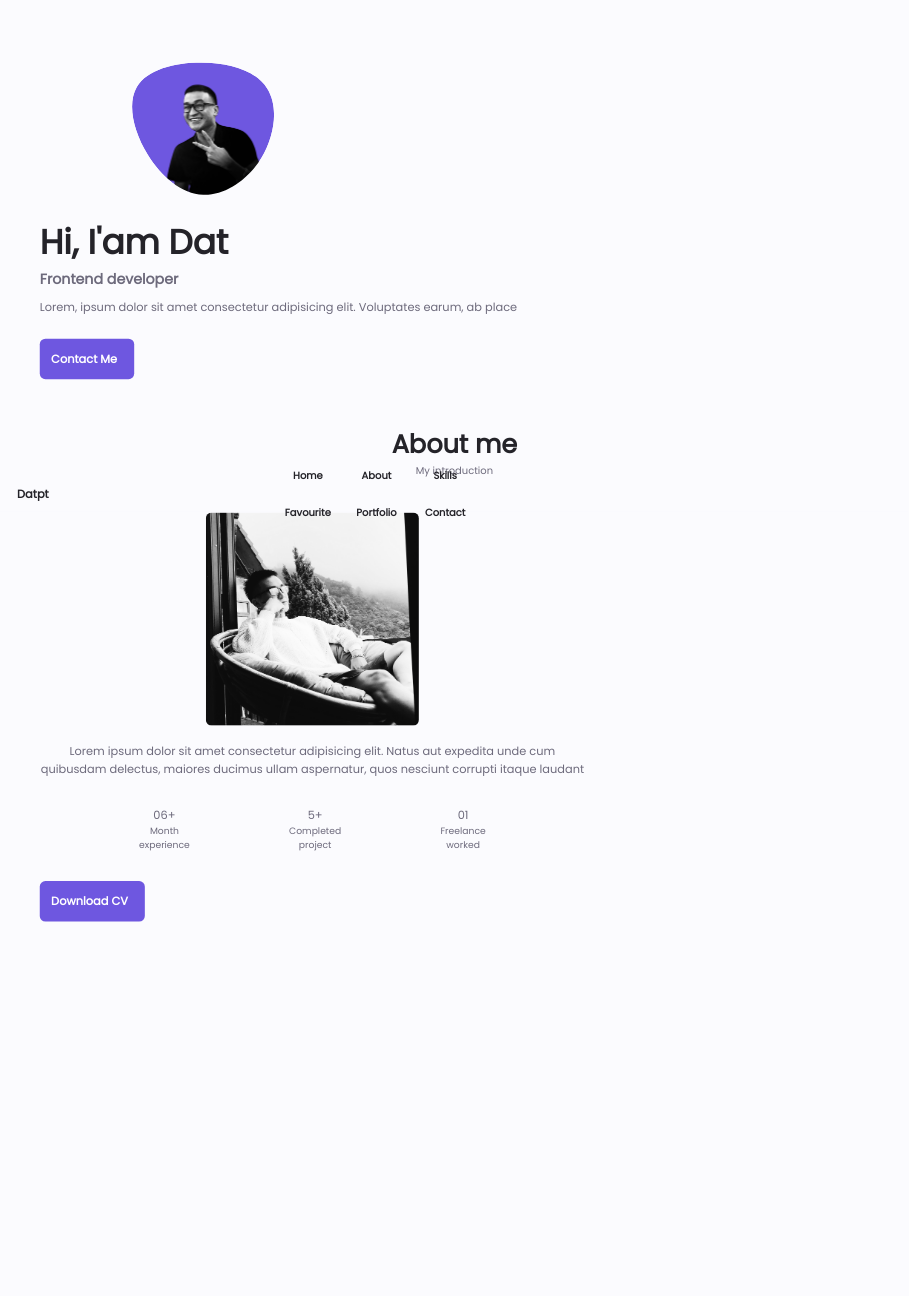
Repository: Datt21/portfolio
Page: index.html
An editor plug-in stored every save of this project. The page is shown before and after the next save, followed by the edit.
The browser window is 1280 px wide. The pictures show the whole page, at 71% of full size.
Some icons come from a web library that is not loaded, so they are not drawn.

Above is the page before, as saved 2021-07-10 16:42:27.

### index.html
<!DOCTYPE html>
<html lang="en">
<head>
    <meta charset="UTF-8">
    <meta http-equiv="X-UA-Compatible" content="IE=edge">
    <meta name="viewport" content="width=device-width, initial-scale=1.0">
    <!--============= ICONS ================  -->
    <link rel="stylesheet" href="https://unicons.iconscout.com/release/v4.0.0/css/line.css">

    <!-- ============= SWIPER CSS =============== -->
    <link rel="stylesheet" href="">

    <!-- =============== CSS ========================= -->
    <link rel="stylesheet" href="./Css/style.css">

    <title>Portfolio</title>
</head>
<body>
    <!--============================ HEADER ============================ -->
    <header class="header" id="header">
        <nav class="nav container">
            <a href="#" class="nav__logo">Datpt</a>

            <div class="nav__menu" id="nav-menu">
                <ul class="nav__list grid">
                    <li class="nav__item">
                        <a href="#home" class="nav__link">
                            <i class="uil uil-estate nav__icon"></i>Home
                        </a>
                    </li>
                    <li class="nav__item">
                        <a href="#about" class="nav__link">
                            <i class="uil uil-user nav__icon"></i>About
                        </a>
                    </li>
                    <li class="nav__item">
                        <a href="#skill" class="nav__link">
                            <i class="uil uil-file-alt nav__icon"></i>Skills
                        </a>
                    </li>
                    <li class="nav__item">
                        <a href="#fovourite" class="nav__link">
                            <i class="uil uil-books nav__icon"></i>Favourite
                        </a>
                    </li>
                    <li class="nav__item">
                        <a href="#portfolio" class="nav__link">
                            <i class="uil uil-scenery nav__icon"></i>Portfolio
                        </a>
                    </li>
                    <li class="nav__item">
                        <a href="#contact" class="nav__link">
                            <i class="uil uil-message nav__icon"></i>Contact
                        </a>
                    </li>
                </ul>
                <i class="uil uil-times nav__close" id="nav-close"></i>
            </div>

            <div class="nav__btns">
                <div class="nav__toggle" id="nav-toggle">
                    <i class="uil uil-apps"></i>
                </div>
            </div>
        </nav>
    </header>

     <!--==================== MAIN ====================-->
     <main class="main">
        <!--==================== HOME ====================-->
        <section class="home section" id="home">
            <div class="home__container container grid">
                <div class="home__content grid">
                    <div class="home__social">
                        <a href="https://www.facebook.com/profile.php?id=100043830603950" target="_blank" class="home__social-icon">
                            <i class="uil uil-facebook"></i>
                        </a>
                        <a href="https://t.me/datpt21" target="_blank" class="home__social-icon">
                            <i class="uil uil-telegram-alt"></i>
                        </a>
                        <a href="https://github.com/Datt21" target="_blank" class="home__social-icon">
                            <i class="uil uil-github-alt"></i>
                        </a>
                    </div>

                    <div class="home__img">
                        <svg class="home__blob" viewBox="0 0 200 187" xmlns="http://www.w3.org/2000/svg" xmlns:xlink="http://www.w3.org/1999/xlink">
                            <mask id="mask0" mask-type="alpha">
                                <path d="M190.312 36.4879C206.582 62.1187 201.309 102.826 182.328 134.186C163.346 165.547
                                130.807 187.559 100.226 186.353C69.6454 185.297 41.0228 161.023 21.7403 129.362C2.45775
                                97.8511 -7.48481 59.1033 6.67581 34.5279C20.9871 10.1032 59.7028 -0.149132 97.9666
                                0.00163737C136.23 0.303176 174.193 10.857 190.312 36.4879Z"/>
                            </mask>
                            <g mask="url(#mask0)">
                                <path d="M190.312 36.4879C206.582 62.1187 201.309 102.826 182.328 134.186C163.346
                                165.547 130.807 187.559 100.226 186.353C69.6454 185.297 41.0228 161.023 21.7403
                                129.362C2.45775 97.8511 -7.48481 59.1033 6.67581 34.5279C20.9871 10.1032 59.7028
                                -0.149132 97.9666 0.00163737C136.23 0.303176 174.193 10.857 190.312 36.4879Z"/>

                                <image class="home_blob-img" x='12' y='18 'xlink:href="./images/me.png"/>
                            </g>
                        </svg>

                    </div>

                    <div class="home__data">
                        <h1 class="home__title">Hi, I'am Dat</h1>
                        <h3 class="home_subtitle">Frontend developer</h3>
                        <p class="home_description">Lorem, ipsum dolor sit amet consectetur adipisicing elit.
                            Voluptates earum, ab place</p>
                        <a href="#contact" class="button button--flex">
                            Contact Me<i class="uil uil-message button__icon"></i>
                        </a>
                    </div>
                </div>

                <div class="home_scroll">
                    <a href="#about" class="home__scroll-button button--flex">
                        <i class="uil uil-mouse-alt-2 home__scroll-mouse"></i>
                        <span class="home__scroll-name">Scroll down</span>
                        <i class="uil uil-arrow-down home__scroll-arrow"></i>
                    </a>
                </div>
            </div>
        </section>

        <!--==================== ABOUT ====================-->
        <section class="about section" id="about">
            <h2 class="section__title">About me</h2>
            <span class="section__subtitle">My introduction</span>

            <div class="about__container container grid">
                <img src="./images/me2.jpg" alt="" class="about__img">

                <div class="about-data">
                    <p class="about-decription">Lorem ipsum dolor sit amet consectetur adipisicing elit.
                        Natus aut expedita unde cum quibusdam delectus, maiores ducimus ullam aspernatur, quos nesciunt corrupti itaque laudant</p>

                    <div class="about__info">
                        <div>
                            <span class="about__info-title">06+</span>
                            <span class="about__info-name">Month <br> experience</span>
                        </div>
                        <div>
                            <span class="about__info-title">5+</span>
                            <span class="about__info-name">Completed <br> project</span>
                        </div>
                        <div>
                            <span class="about__info-title">01</span>
                            <span class="about__info-name">Freelance <br> worked</span>
                        </div>
                    </div>

                    <div class="about__buttons">
                        <a download="" href="./pdf/LeTienDat_CV.pdf" class="button button--flex">
                            Download CV <i class="uil uil-download-alt button__icon"></i>
                        </a>
                    </div>
                </div>
            </div>


        </section>

        <!--==================== SKILLS ====================-->
        <section class="skills section" id="skills">


        </section>

        <!--==================== QUALIFICATION ====================-->
        <section class="qualification section">


        </section>

        <!--==================== SERVICES ====================-->
        <section class="services section" id="services">


        </section>

        <!--==================== PORTFOLIO ====================-->
        <section class="portfolio section" id="portfolio">


        </section>

        <!--==================== PROJECT IN MIND ====================-->
        <section class="project section">


        </section>

        <!--==================== TESTIMONIAL ====================-->
        <section class="testimonial section">


        </section>

        <!--==================== CONTACT ME ====================-->
        <section class="contact section" id="contact">


        </section>
    </main>

    <!--==================== FOOTER ====================-->
    <footer class="footer">


    </footer>

    <!--==================== SCROLL TOP ====================-->


    <!--==================== SWIPER JS ====================-->
    <script src=""></script>

    <!-- =================== JS ======================= -->
    <script src="./JS/main.js"></script>
</body>
</html>

### Css/style.css
/* ========================= GOOGLE FONTS ========================= */
@import url('https://fonts.googleapis.com/css2?family=Poppins&display=swap');

/*========================= VARIABLES CSS ==========================*/
:root{
    --header-height: 3rem;

    /* ---COLORS----- */
    --hue-color: 250;
    --first-color: hsl(var(--hue-color), 69%, 61%);
    --first-color-second: hsl(var(--hue-color), 69%, 61%);
    --first-color-alt: hsl(var(--hue-color), 57%, 53%);
    --first-color-lighter: hsl(var(--hue-color), 92%, 85%);
    --title-color:hsl(var(--hue-color), 8%, 15%);
    --text-color: hsl(var(--hue-color), 8%, 45%);
    --text-color-light: hsl(var(--hue-color), 8%, 65%);
    --input-color: hsl(var(--hue-color), 70%, 96%);
    --body-color: hsl(var(--hue-color), 60%, 99%);
    --container-color: #fff;

    /* --- FONT & SIZES */
    --body-font: 'Poppins', sans-serif;

    --font-semi-bold: 700;
    --font-medium: 600;

    --big-font-size: 2rem;
    --h1-font-size: 1.5rem;
    --h2-font-size: 1.25rem;
    --h3-font-size: 1.125rem;
    --normal-font-size: .938rem;
    --small-font-size: .813rem;
    --smaller-font-size: .75rem;

    /* --- MARGIN BOTTOM */
    --mb-0-25: .25rem;
    --mb-0-5: .5rem;
    --mb-0-75: .75rem;
    --mb-1: 1rem;
    --mb-1-5: 1.5rem;
    --mb-2: 2rem;
    --mb-2-5: 2.5rem;
    --mb-3: 3rem;

    /* Z INDEX */
    --z-tooltip: 10;
    --z-fixed: 100;
    --z-modal: 1000;

}

/* Font size for large devices */
@media screen and (min-width: 968px){
    :root {
        --big-font-size: 3rem;
        --h1-font-size: 2.25rem;
        --h2-font-size: 1.5rem;
        --h3-font-size: 1.25rem;
        --normal-font-size: 1rem;
        --small-font-size: .875rem;
        --smaller-font-size: .813rem;
    }

}

/*====================== Variables Dark Theme ===================  */

/*====================== Button Dark/Light  ===================  */

/*====================== BASE ========================= */
*{
    box-sizing: border-box;
    padding: 0;
    margin: 0;
}

html{
    scroll-behavior: smooth;
}

body{
    margin: 0 0 var(--header-height) 0;
    font-family: var(--body-font);
    font-size: var(--normal-font-size);
    background-color: var(--body-color);
    color: var(--text-color);
}

h1,h2,h3,h4{
    color: var(--title-color);
    font-weight: var(--font-semi-bold)
}

ul{
    list-style: none;
}

a{
    text-decoration: none;
}

img{
    max-width: 100%;
    height: auto;
}

/*========================= set section - css classes ====================  */
.section{
    padding: 2rem;
}

.section__title{
    font-size: var(--h1-font-size);
}

.section__subtitle{
    display: block;
    font-size: var(--small-font-size);
    margin-bottom: var(--mb-3);
}

.section__title,
.section__subtitle{
    text-align: center;
}

/* ===================== LAYOUT ============================== */
.container{
    max-width: 768px;
    margin-left: var(--mb-1-5);
    margin-right: var(--mb-1-5);
}

.grid{
    display: grid;
    gap: 1.5rem;
}

.header{
    width: 100%;
    position: fixed;
    bottom: 0;
    left: 0;
    z-index: var(--z-fixed);
    background-color: var(--body-color);
}

/* ===================== NAV ==================== */
.nav{
    max-width: 968px;
    height: var(--header-height);
    display: flex;
    justify-content:space-between;
    align-items: center;
}

.nav__logo,
.nav__toggle{
    color: var(--title-color);
    font-weight: var(--font-medium);
}

.nav__logo:hover{
    color: var(--first-color);
}

.nav__toggle{
    font-size: 1.1rem;
    cursor: pointer;
}

.nav__toggle:hover{
    color: var(--first-color);
}

@media screen and (max-width: 767px) {
    .nav__menu{
        position: fixed;
        bottom: -100%;
        left: 0;
        width: 100%;
        background-color: var(--body-color);
        padding: 2rem 1.5rem 4rem;
        box-shadow: 0 -1px 4px rgb(0,0,0, .15 );
        border-radius: 1.5rem 1.5rem 0 0;
        transition:0.3s;
    }
}

.nav__list{
    grid-template-columns: repeat(3,1fr);
    gap: 2rem;
}

.nav__link{
    display: flex;
    flex-direction: column;
    align-items: center;
    font-size: var(--small-font-size);
    color: var(--title-color);
    font-weight: var(--font-medium);
}

.nav__link:hover{
    color: var(--first-color);
}

.nav__icon{
    font-size: 1.2rem;
}

.nav__close{
    position: absolute;
    right: 1.3rem;
    bottom: .5rem;
    font-size: 1.5rem;
    cursor: pointer;
    color: var(--first-color);
}

.nav__close:hover{
    color: var(--first-color-alt);
}

/* -----show menu ---------- */
.show-menu{
    bottom: 0;
}

/*==================== HOME ====================*/
.home__container{
    gap: 1rem;
}

.home__content{
    grid-template-columns: .5fr 3fr;
    padding-top: 3.5rem;
    align-items: center;
}

.home__social{
    display: grid;
    grid-template-columns: max-content;
    row-gap: 1rem;
}

.home__social-icon{
    font-size: 1.25rem;
    color: var(--first-color);
}

.home__social-icon:hover{
    color: var(--first-color-alt);
    transform: scale(1.2);
}

.home__blob{
    width: 200px;
    fill: var(--first-color);
}

.home_blob-img{
    width: 170px;
}

.home__data{
    grid-column: 1/3;
}

.home__title{
    font-size: var(--big-font-size);
}

.home_subtitle{
    font-size: var(--h3-font-size);
    color: var(--text-color);
    font-weight: var(--font-medium);
    margin-bottom: var(--mb-0-75);
}

.home_description{
    margin-bottom: var(--mb-2);
}

.home_scroll{
    display: none;
}

.home__scroll-button{
    color: var(--first-color);
    transition: 0.3s;
}

.home__scroll-button:hover{
    transform: translateY(0.25rem);
}

.home__scroll-mouse{
    font-size: 2rem;
}

.home__scroll-name{
    font-size: var(--small-font-size);
    color: var(--title-color);
    font-weight: var(--font-medium);
    margin-right: var(--mb-0-25);
}

.home__scroll-arrow{
    font-size: 1.25rem;
}

/*==================== BUTTONS ====================*/
.button{
    display: inline-block;
    background-color: var(--first-color);
    color: #fff;
    padding: 1rem;
    border-radius: .5rem;
    font-weight: var(--font-medium);
}

.button:hover{
    background-color: var(--first-color-alt);
}

.button__icon{
    font-size: 1.25rem;
    margin-left: var(--mb-0-5);
    transition: 0.3s;
}

.button--flex{
    display: inline-flex;
    align-items: center;
}



/*==================== ABOUT ====================*/
.about__img{
    border-radius: .5rem;
    width: 300px;
    justify-self: center;
    align-self: center;
    height: 300px;
    object-fit: cover;
}

.about-decription{
    text-align: center;
    margin-bottom: var(--mb-2-5);
}

.about__info{
    display: flex;
    justify-content: space-evenly;
    margin-bottom: var(--mb-2-5);
}

.about__info-name{
    font-size: var(--smaller-font-size);
}

.about__info-title,
.about__info-name{
    display: block;
    text-align: center;
}








/*==================== SKILLS ====================*/


/*==================== QUALIFICATION ====================*/


/*==================== SERVICES ====================*/


/* Active Modal */


/*==================== PORTFOLIO ====================*/


/*==================== PROJECT IN MIND ====================*/


/*==================== TESTIMONIAL ====================*/


/*==================== CONTACT ME ====================*/


/*==================== FOOTER ====================*/


/*========== SCROLL UP ==========*/


/* Show scroll */


/*========== SCROLL BAR ==========*/


/*==================== MEDIA QUERIES ====================*/
/* For small devices */


/* For medium devices */


/* For large devices */

### JS/main.js
/*================= Menu show Y hidden ================= */
const navMenu = document.getElementById('nav-menu'),
      navToggle = document.getElementById('nav-toggle'),
      navClose = document.getElementById('nav-close')

/*======== Menu show =========*/
/* validate if constant exists */
if(navToggle){
    navToggle.addEventListener('click', () =>{
        navMenu.classList.add('show-menu')
    })
}

/*======== Menu hidden =========*/
/* validate if constant exists */
if(navClose){
    navClose.addEventListener('click', () =>{
        navMenu.classList.remove('show-menu')
    })
}

/*==================== REMOVE MENU MOBILE ====================*/
const navLink = document.querySelectorAll('.nav__link')

function linkAction() {
    const navMenu = document.getElementById('nav-menu')
    //khi click vao moi link,thi menu duoc an di
    navMenu.classList.remove('show-menu')
}
navLink.forEach(n => n.addEventListener('click', linkAction))

/*==================== ACCORDION SKILLS ====================*/


/*==================== QUALIFICATION TABS ====================*/


/*==================== SERVICES MODAL ====================*/


/*==================== PORTFOLIO SWIPER  ====================*/


/*==================== TESTIMONIAL ====================*/


/*==================== SCROLL SECTIONS ACTIVE LINK ====================*/


/*==================== CHANGE BACKGROUND HEADER ====================*/


/*==================== SHOW SCROLL UP ====================*/


/*==================== DARK LIGHT THEME ====================*/

After the next save:
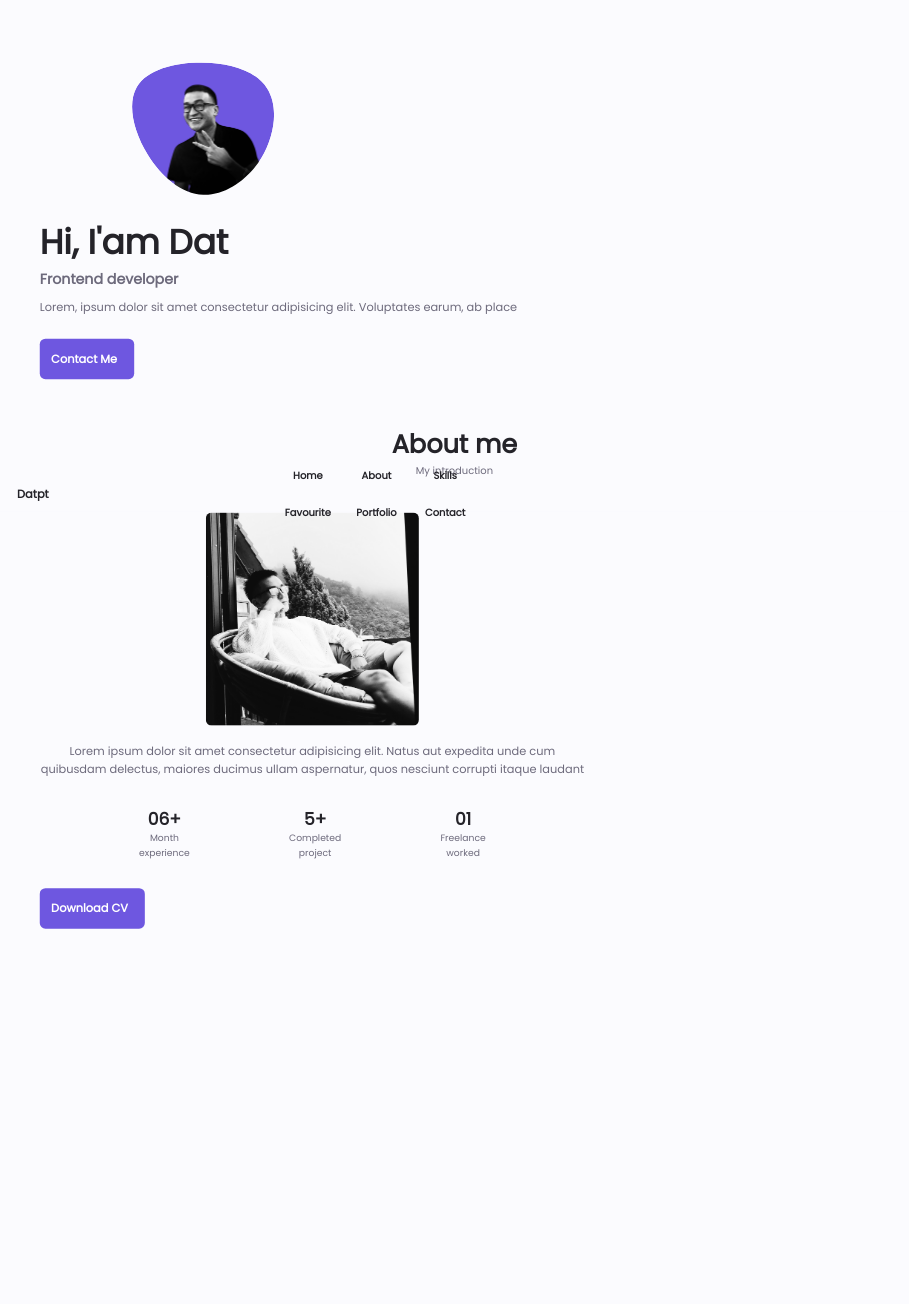
Saved 67 s later.
--- a/Css/style.css
+++ b/Css/style.css
@@ -358,6 +358,12 @@ img{
     margin-bottom: var(--mb-2-5);
 }
 
+.about__info-title{
+    font-size: var(--h2-font-size);
+    font-weight: var(--font-semi-bold);
+    color: var(--title-color);
+}
+
 .about__info-name{
     font-size: var(--smaller-font-size);
 }
